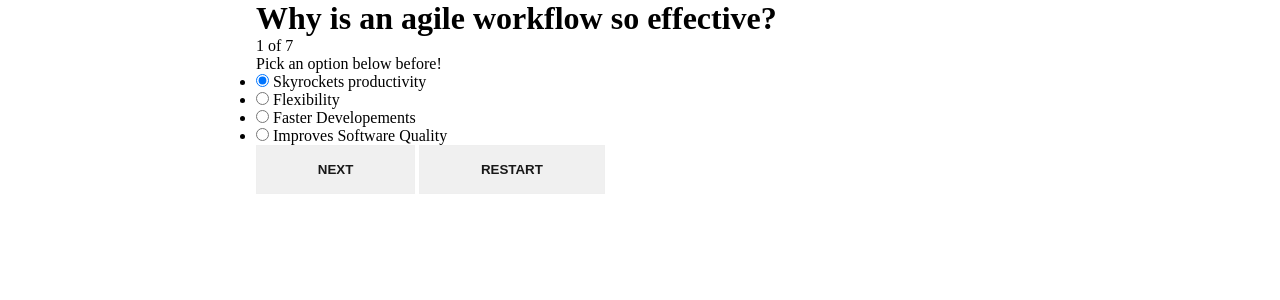
Repository: mukiSabljakovic/Quiz-APP
Page: index.html
These files come from the project's save history. The page is drawn as it stood at one moment and after the next save; the edit follows.
The browser window is 1280 px wide. The pictures show the whole page.
Some web fonts or font styles are not loaded; a fallback is used.

Above is the page before, as saved 2020-05-01 11:46:45.

After the next save:
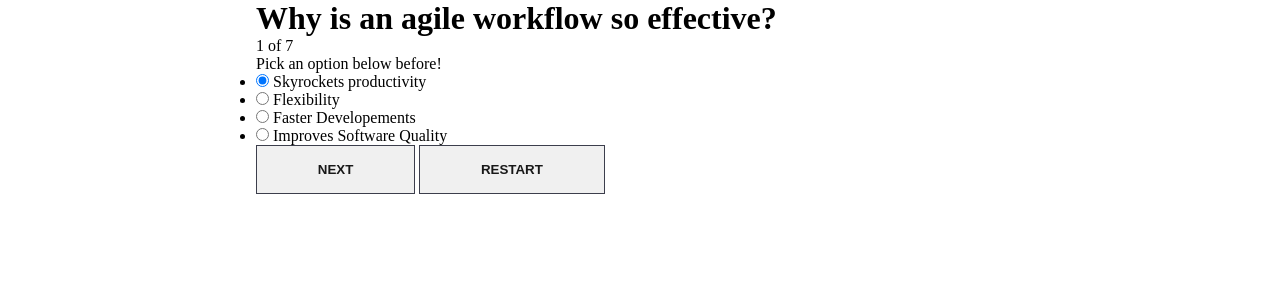
Saved 80 s later.
--- a/css/style.css
+++ b/css/style.css
@@ -41,3 +41,7 @@
     background: var(--light-black);
     color: white;
 }
+
+.button.button--bordered {
+    border: 1px solid var(--light-black);
+}
